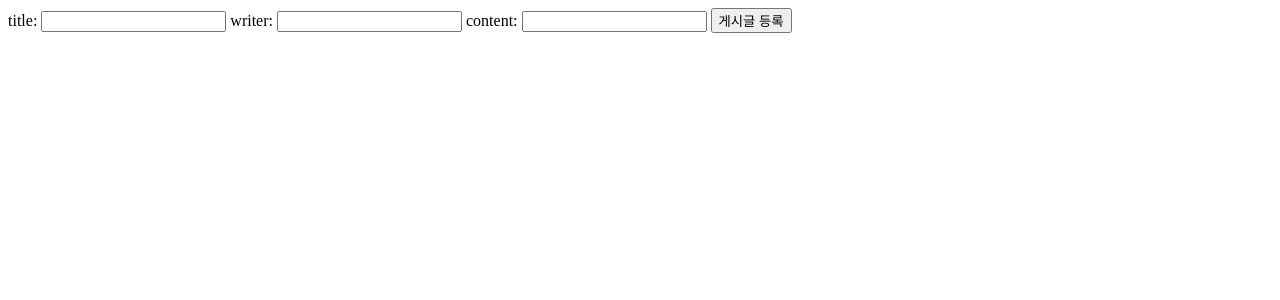
Repository: dfhdfhdfsza/myjsp
Page: http://localhost/_myjsp/brd/register
The author's editor kept a copy of each file at every save. The page is drawn from the files as they stood at one save, then again after the next save.
The browser window is 1280 px wide. The pictures show the whole page.
The page is served by Tomcat 9. Other server files are loaded and not shown.

Above is the page before, as saved 2023-09-21 07:17:01.

### _myjsp/src/main/webapp/board/register.jsp
<%@ page language="java" contentType="text/html; charset=UTF-8"
    pageEncoding="UTF-8"%>
<!DOCTYPE html>
<html>
<head>
<meta charset="UTF-8">
<title>Insert title here</title>
</head>
<body>
	<form action="/brd/edit">
		title: <input type="text" name="title">
		writer: <input type="text" name="writer">
		content: <input type="text" name="content">
		<button type="submit">게시글 등록</button>
	</form>
</body>
</html>

### _myjsp/src/main/java/controller/boardController.java
package controller;

import java.io.IOException;

import javax.servlet.RequestDispatcher;
import javax.servlet.ServletException;
import javax.servlet.annotation.WebServlet;
import javax.servlet.http.HttpServlet;
import javax.servlet.http.HttpServletRequest;
import javax.servlet.http.HttpServletResponse;

import org.slf4j.Logger;
import org.slf4j.LoggerFactory;

import service.boardService;
import service.boardServiceImpl;


@WebServlet("/brd/*")
public class boardController extends HttpServlet {
	private static final long serialVersionUID = 1L;
	//로그기록 객체 생성
	private static final Logger log=LoggerFactory.getLogger(boardController.class);

	private RequestDispatcher rdp; //jsp에서 받은 요청을 처리,결과를 다른 jsp로 보내는 역할을 하는 객체
	private String destPage; //목적지 주소 기록 변수
	private int isOk; //DB의 구문 체크 값 저장

    private boardService bsv;

    public boardController()
    {
       bsv= new boardServiceImpl();

    }


	protected void service(HttpServletRequest request, HttpServletResponse response) throws ServletException, IOException
	{
		request.setCharacterEncoding("utf-8");
		response.setCharacterEncoding("utf-8");
		response.setContentType("text/html; charset=UTF-8");

		String uri=request.getRequestURI();
		log.info(uri);
		String path=uri.substring(uri.lastIndexOf("/")+1);
		log.info(path);
		switch (path)
		{
		case "register":
			destPage="/board/register.jsp";
			break;

		}

		rdp=request.getRequestDispatcher(destPage);
		rdp.forward(request, response);

	}


	protected void doGet(HttpServletRequest request, HttpServletResponse response) throws ServletException, IOException
	{
		service(request, response);
	}


	protected void doPost(HttpServletRequest request, HttpServletResponse response) throws ServletException, IOException
	{
		service(request, response);
	}

}

### _myjsp/src/main/java/service/boardServiceImpl.java
package service;

public class boardServiceImpl implements boardService
{


}

After the next save:
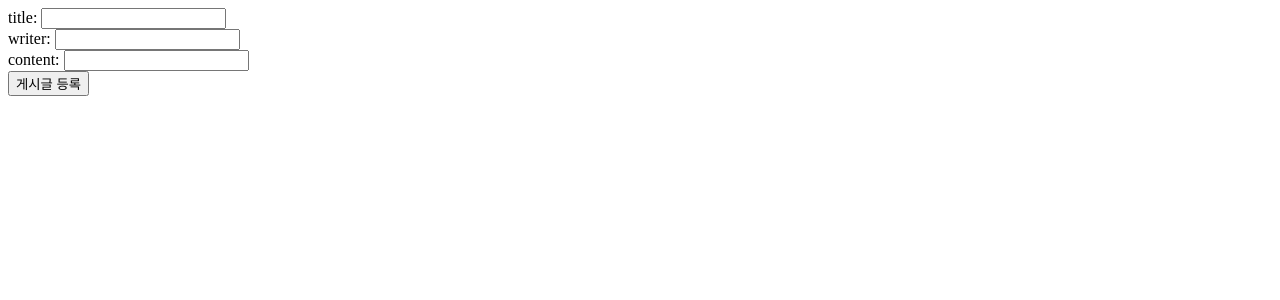
Saved 3 min 14 s later.
--- a/_myjsp/src/main/webapp/board/register.jsp
+++ b/_myjsp/src/main/webapp/board/register.jsp
@@ -8,9 +8,9 @@
 </head>
 <body>
 	<form action="/brd/edit">
-		title: <input type="text" name="title">
-		writer: <input type="text" name="writer">
-		content: <input type="text" name="content">
+		title: <input type="text" name="title"> <br>
+		writer: <input type="text" name="writer"> <br>
+		content: <input type="text" name="content"> <br>
 		<button type="submit">게시글 등록</button>
 	</form>
 </body>
